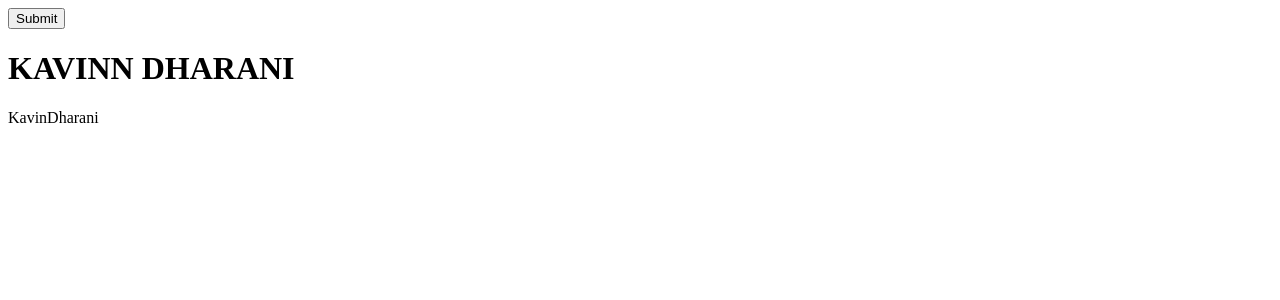
Repository: KavinAdithya/Servlet-JSP
Page: http://localhost/WEB/Add.jsp
The author's editor kept a copy of each file at every save. The page is drawn from the files as they stood at one save, then again after the next save.
The browser window is 1280 px wide. The pictures show the whole page.
The page is served by Tomcat 9.

Above is the page before, as saved 2024-03-24 04:46:22.

After the next save:
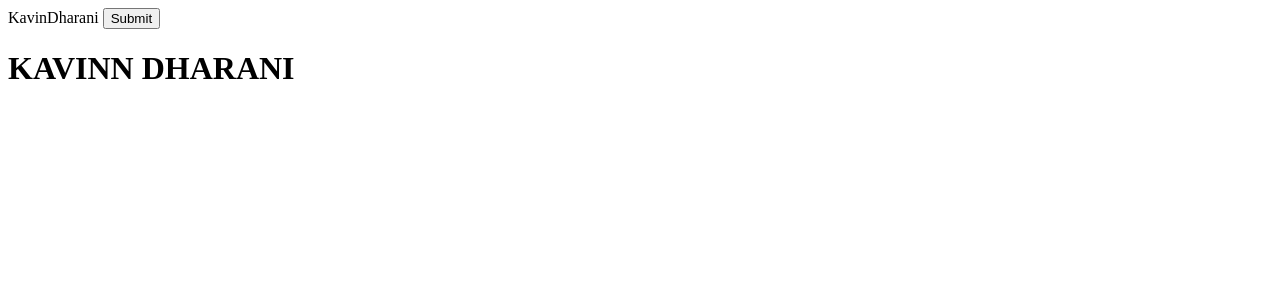
Saved 37 s later.
--- a/WEB/src/main/webapp/Add.jsp
+++ b/WEB/src/main/webapp/Add.jsp
@@ -8,11 +8,12 @@
 </head>
 <body>
 <form action="add">
+<%
+	out.println("KavinDharani");
+%>
 	<input type="submit">
 </form>
 <h1>KAVINN DHARANI</h1>
-<%
-	out.println("KavinDharani");
-%>
+
 </body>
 </html>
